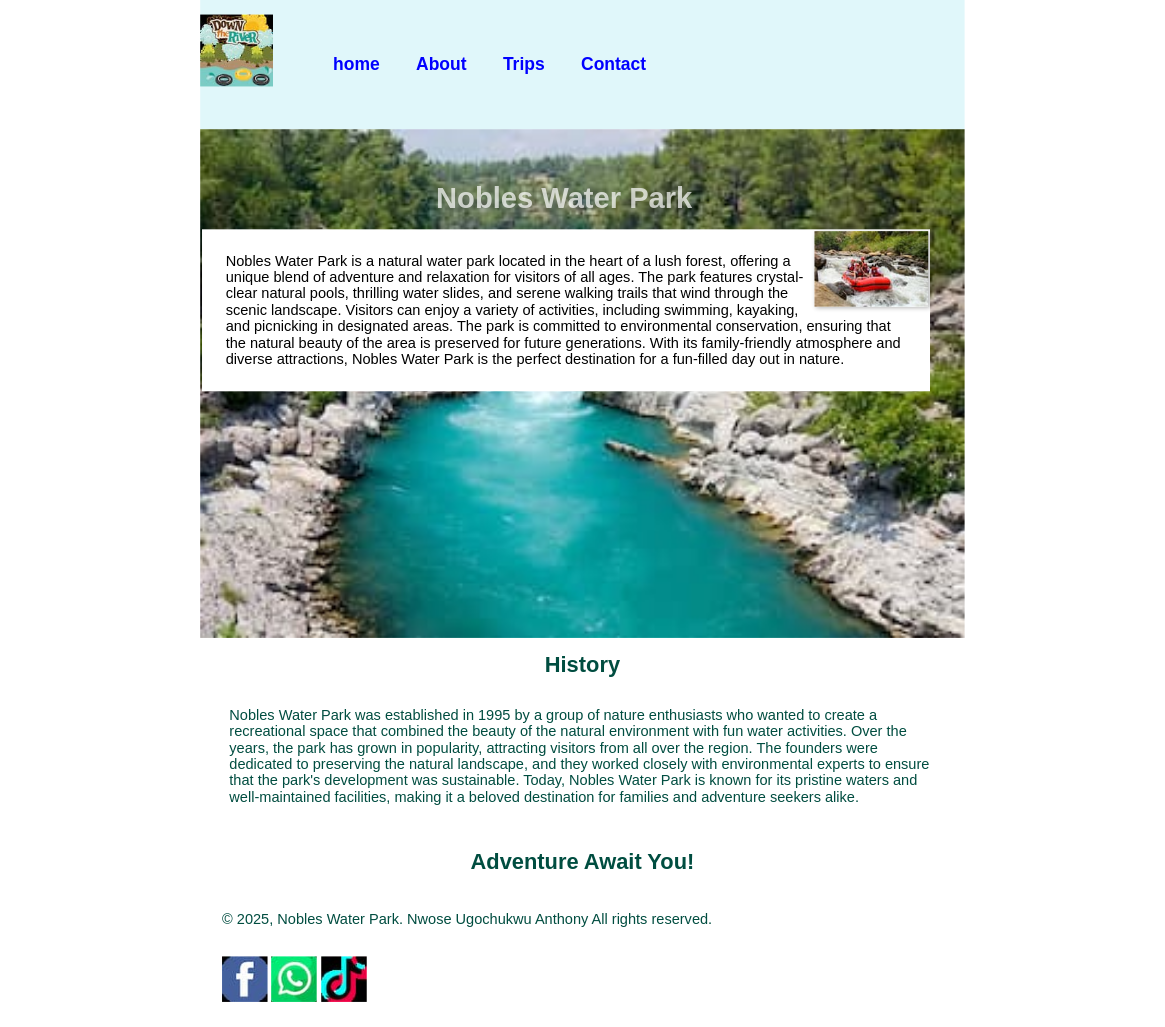
Repository: NoblesNigeria/wdd130
Page: wwr/about.html
An editor plug-in stored every save of this project. The page is shown before and after the next save, followed by the edit.
The browser window is 1280 px wide. The pictures show the whole page, at 91% of full size.

Above is the page before, as saved 2025-09-16 17:24:16.

### wwr/about.html
<!DOCTYPE html>
<html lang="en">

<head>
    <meta charset="UTF-8">
    <meta name="viewport" content="width=device-width, initial-scale=1.0">
    <title>Nobles Water Park</title>
    <meta name="description" content=" Nobles natural water park, a place for friends and family fun. ">
    <meta name="author" content="Nwose Ugochukwu Anthony">
    <link rel="stylesheet" href="styles/rafting.css">
</head>

<body>
    <header>
        <img src="images/mylogo.jpg" alt="Nobles Water Park Logo">
        <nav>
            <a href="#">home</a>
            <a href="#">About</a>
            <a href="#">Trips</a>
            <a href="#">Contact</a>
        </nav>
    </header>
    <main>
        <div class="hero">
            <img src="images/myhero.jpg" alt="Nobles Water Park">
            <h1>Nobles Water Park</h1>
            <article>
                <img src="images/mycaption.jpg" alt="We are very happy to staffs here.">
                <p>Nobles Water Park is a natural water park located in the heart of a lush forest, offering a unique
                    blend of adventure and relaxation for visitors of all ages. The park features crystal-clear natural
                    pools, thrilling water slides, and serene walking trails that wind through the scenic landscape.
                    Visitors can enjoy a variety of activities, including swimming, kayaking, and picnicking in
                    designated areas. The park is committed to environmental conservation, ensuring that the natural
                    beauty of the area is preserved for future generations. With its family-friendly atmosphere and
                    diverse attractions, Nobles Water Park is the perfect destination for a fun-filled day out in
                    nature.
                </p>

            </article>
        </div>
        <section>
            <h2>History</h2>
            <p>Nobles Water Park was established in 1995 by a group of nature enthusiasts who wanted to create a
                recreational space that combined the beauty of the natural environment with fun water activities. Over
                the years, the park has grown in popularity, attracting visitors from all over the region. The founders
                were dedicated to preserving the natural landscape, and they worked closely with environmental experts
                to ensure that the park's development was sustainable. Today, Nobles Water Park is known for its
                pristine
                waters and well-maintained facilities, making it a beloved destination for families and adventure
                seekers
                alike.
            </p>
        </section>
        <section>
            <h2>Adventure Await You!</h2>
        </section>
    </main>
    <footer>
        <p>&copy; 2025, Nobles Water Park. Nwose Ugochukwu Anthony All rights reserved.</p>
        <nav class="social-media">
            <a href="https://www.facebook.com">
                <img src="images/facebookicon.jpg" alt="Facebook">
            </a>
            <a href="https://www.whatsapp.com">
                <img src="images/whatsappicon.jpg" alt="whatsapp">
            </a>
            <a href="https://www.tiktok.com">
                <img src="images/tik-tokicon.jpg" alt="tiktok">
            </a>
        </nav>
    </footer>
</body>

</html>

### wwr/styles/rafting.css
:root{
    --primary-color: #e0f7fa;
    --secondary-color: #004d40;
    --accent-color: #00796b;
    --font-family: 'Arial', sans-serif;
    --header-font-size: 2.5em;
    --body-font-size: 1em;
}
header{
    display: grid;
    background-color: var(--primary-color);
    grid-template-columns: repeat(5, 1fr);
    color: var(--secondary-color);
    padding: 1em 0;
    font-family: var(--font-family);;
}
*{
    box-sizing: border-box;
    margin: 0;
    padding: 0;
}
header nav {
    background-color: none;
    display:flex;
    justify-content: center;
    align-items: center;
}
header nav a {
    color: blue;
    display: block;
    text-decoration: none;
    font-weight: bold;
    font-size: 1.2rem;
    padding: 20px;
    align-items: center;
    justify-content: center;
}

header img{
    width: 80px;
    height: auto;
    display: block;
}
body{
    font-family: var(--font-family);
    color: var(--secondary-color);
}
header, main, footer{
    margin: 0 auto;
    width: 840px;
}
h1, h2{
    font-family: var(--font-family);
    color: var(--secondary-color);
}
nav, p, section,article {
    margin: 16px;
    padding: 8px;
}
section{
    width:840px;
    margin: 0 auto;
}
h2{
    text-align: center;
    padding: 8px;
    top: 10px;
}
.social-media a{
    text-decoration: none;
}
.div{
    position: relative;
}
div img{
    width: 100%;
    height: auto;
    display: block;
}
h1{
    position: absolute;
    top: 200px;
    width: 800px;
    color: white;
    padding: 0;
    text-align: center;
    opacity: 0.7;
}
article{
    position: absolute;
    top: 250px;
    width: 800px;
    border: 2px;
    padding: 2px;
    margin:2px;
    color: black;
    background-color: white;
}
.hero article img{
    float: right;
    width: 125px;
    box-shadow: 2px 2px 5px rgba(0,0,0,0.3);
}

After the next save:
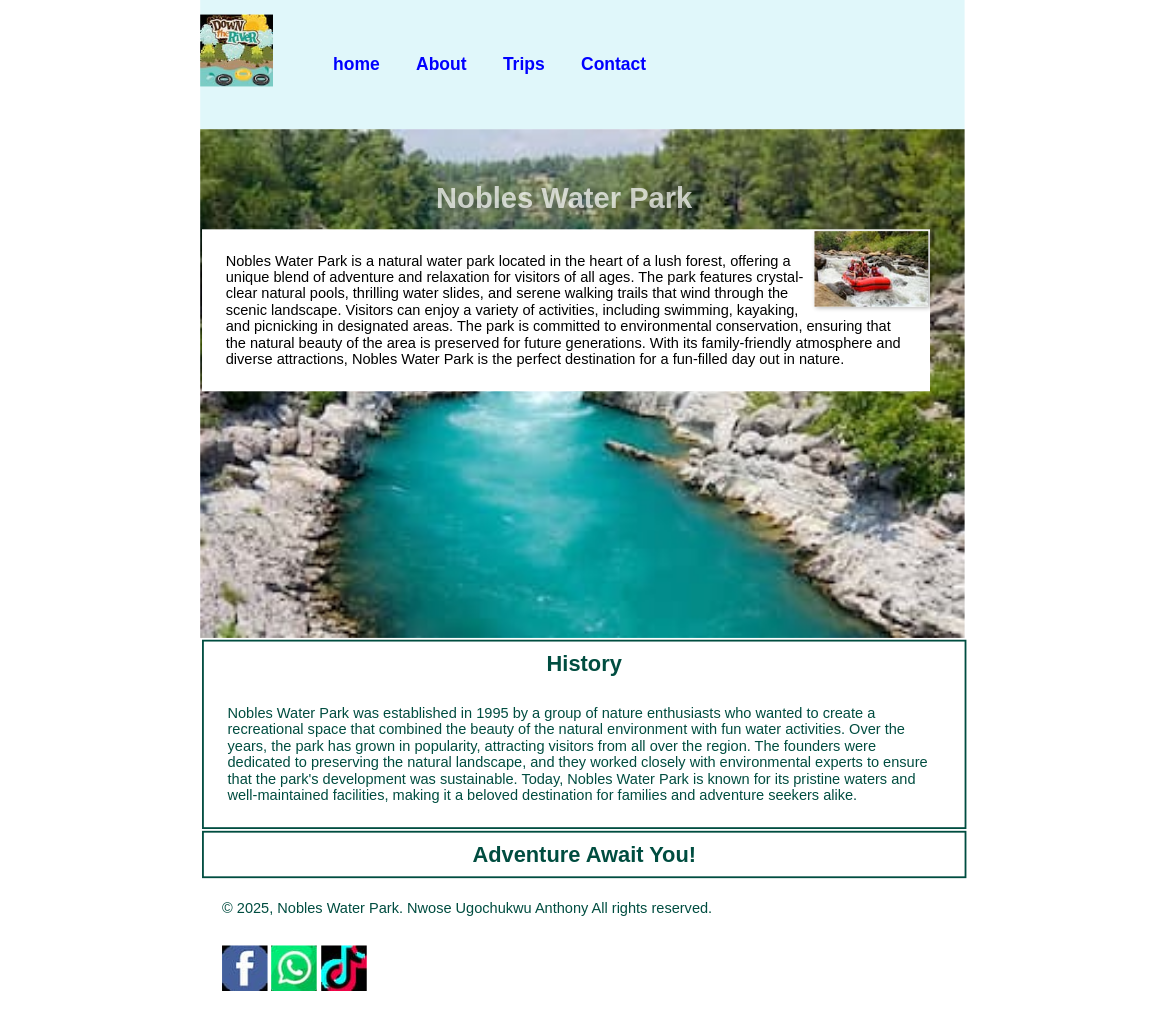
Saved 85 s later.
--- a/wwr/styles/rafting.css
+++ b/wwr/styles/rafting.css
@@ -59,7 +59,9 @@
 }
 section{
     width:840px;
-    margin: 0 auto;
+    margin: 2px;
+    padding: 2px;
+    border: 2px solid var(--secondary-color);
 }
 h2{
     text-align: center;
